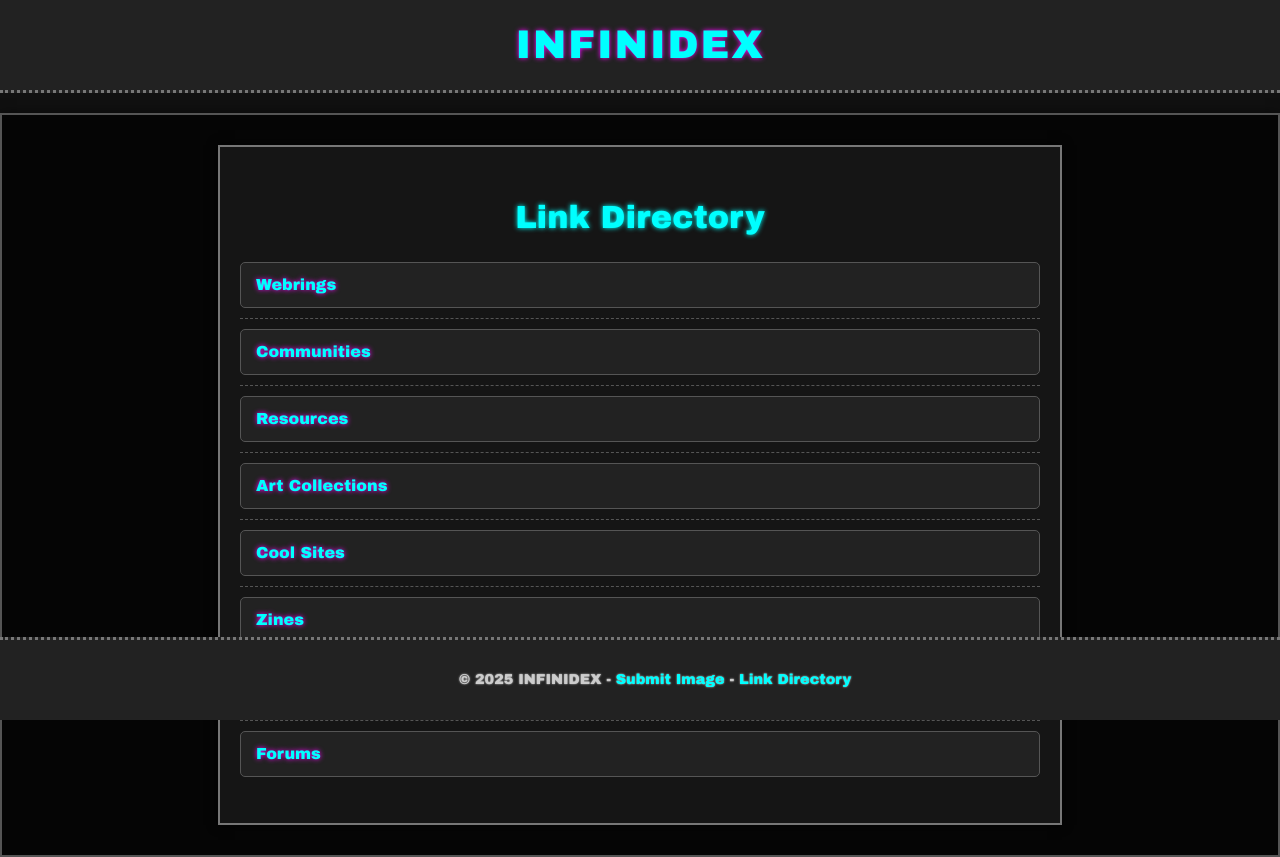
Repository: numbpill3d/obscuraweb
Page: links.html
An editor plug-in stored every save of this project. The page is shown before and after the next save, followed by the edit.
The browser window is 1280 px wide. The pictures show the whole page.

Above is the page before, as saved 2025-04-05 04:29:45.

### links.html
<!DOCTYPE html>
<html lang="en">
<head>
    <meta charset="UTF-8">
    <meta name="viewport" content="width=device-width, initial-scale=1.0">
    <title>INFINIDEX - Link Directory</title>
    <link rel="stylesheet" href="style.css">
    <style>
        body {
            font-family: 'Arial Black', monospace;
        }
        main {
            background-color: #050505;
            box-shadow: 0 0 10px rgba(0,0,0,0.5);
            border: 2px solid #555;
        }
    </style>
</head>
<body id="links-page">
    <header>
        <h1><a href="/">INFINIDEX</a></h1>
    </header>

    <main>
        <section id="link-directory">
            <h2>Link Directory</h2>
            <ul>
                <li><a href="#">Webrings</a></li>
                <li><a href="#">Communities</a></li>
                <li><a href="#">Resources</a></li>
                <li><a href="#">Art Collections</a></li>
                <li><a href="#">Cool Sites</a></li>
                <li><a href="#">Zines</a></li>
                <li><a href="#">Blogs</a></li>
                <li><a href="#">Forums</a></li>
            </ul>
        </section>
    </main>

    <footer>
        <p>&copy; 2025 INFINIDEX - <a href="/submit">Submit Image</a> - <a href="/links.html">Link Directory</a></p>
    </footer>
</body>
</html>

### style.css
body {
    font-family: 'Arial Black', monospace; /* More impactful font */
    margin: 0;
    padding: 0;
    background-color: #101010; /* Deeper dark background */
    color: #f0f; /* Vibrant pink text */
    line-height: 1.5;
    text-shadow: 0 0 5px #f0f; /* Neon text shadow */
}

a {
    color: #0ff; /* Cyan links */
    text-decoration: none;
    transition: color 0.3s ease;
}

a:hover {
    color: #ff0; /* Yellow hover color */
    text-decoration: underline;
}

header {
    background-color: #222; /* Darker header background */
    padding: 15px 20px;
    text-align: center;
    border-bottom: 3px dotted #777; /* Dotted border */
    margin-bottom: 20px;
}

header h1 {
    margin: 0;
    font-size: 2.5em;
    letter-spacing: 2px;
}

main {
    display: flex;
    padding: 20px;
    justify-content: center;
    background-color: #050505; /* Slightly lighter main background */
    box-shadow: 0 0 10px rgba(0,0,0,0.5); /* Subtle shadow */
    border: 2px solid #555; /* Add border to main content */
}

#image-feed {
    flex: 3;
    display: grid;
    grid-template-columns: repeat(auto-fill, minmax(180px, 1fr)); /* Slightly larger images */
    gap: 20px;
    padding-right: 25px;
    border-right: 3px dotted #777; /* Dotted border */
}

.image-item {
    position: relative;
    overflow: hidden;
    border: 2px solid #777; /* Thicker border */
    box-shadow: 3px 3px 5px rgba(0,0,0,0.7); /* Stronger shadow */
    transition: transform 0.3s ease;
}

.image-item:hover {
    transform: scale(1.05); /* Slight scale on hover */
}

.image-item img {
    width: 100%;
    height: auto;
    display: block;
}

.image-item .tags {
    position: absolute;
    bottom: 0;
    left: 0;
    width: 100%;
    background-color: rgba(0, 0, 0, 0.9); /* More opaque black */
    color: #0f0; /* Neon green tags */
    padding: 8px;
    text-align: center;
    opacity: 0;
    transition: opacity 0.3s ease;
    font-size: 0.9em;
    letter-spacing: 1px;
}

.image-item:hover .tags {
    opacity: 1;
}

#widget-container {
    flex: 1.5; /* Slightly wider widget area */
    padding-left: 25px;
    text-align: center;
}

#widget-container h2 {
    color: #f0f; /* Pink widget heading */
    font-size: 1.8em;
    margin-bottom: 10px;
    text-shadow: 0 0 3px #f0f;
}

#widget-strip {
    display: flex;
    overflow-x: auto;
    border: 2px solid #777; /* Thicker border */
    padding: 12px;
    background-color: #222; /* Darker widget background */
    box-shadow: inset 0 0 5px rgba(0,0,0,0.8); /* Inset shadow for depth */
}

.widget-image {
    width: 90px; /* Slightly larger widget images */
    height: 90px;
    margin: 0 8px;
    cursor: pointer;
    border: 2px solid #777; /* Thicker border */
    box-shadow: 2px 2px 3px rgba(0,0,0,0.7); /* Shadow for widget images */
    transition: transform 0.2s ease;
}

.widget-image:hover {
    transform: scale(1.1); /* Scale on widget image hover */
}

footer {
    text-align: center;
    padding: 15px;
    background-color: #222; /* Darker footer */
    border-top: 3px dotted #777; /* Dotted border */
    position: fixed;
    bottom: 0;
    width: 100%;
    font-size: 0.9em;
    color: #ccc; /* Lighter gray footer text */
    text-shadow: 0 0 2px #ccc; /* Footer text shadow */
}

/* Style for links page */
#links-page main {
    display: block; /* Override flex for links page */
    padding: 30px;
}

#links-page #link-directory {
    max-width: 800px;
    margin: 0 auto;
    padding: 20px;
    background-color: #151515; /* Darker background for link directory */
    border: 2px solid #777;
    box-shadow: 0 0 10px rgba(0,0,0,0.8);
}

#links-page #link-directory h2 {
    color: #0ff; /* Cyan heading for link directory */
    font-size: 2em;
    text-align: center;
    margin-bottom: 20px;
    text-shadow: 0 0 5px #0ff;
}

#links-page #link-directory ul {
    list-style-type: none;
    padding: 0;
}

#links-page #link-directory li {
    margin-bottom: 10px;
    padding-bottom: 10px;
    border-bottom: 1px dashed #555; /* Dashed line between links */
}

#links-page #link-directory li:last-child {
    border-bottom: none;
}

#links-page #link-directory li a {
    display: block;
    padding: 10px 15px;
    background-color: #222; /* Dark link background */
    border: 1px solid #555;
    border-radius: 5px;
    transition: background-color 0.3s ease, color 0.3s ease;
}

#links-page #link-directory li a:hover {
    background-color: #333; /* Darker hover background */
    color: #ff0; /* Yellow hover text */
}

After the next save:
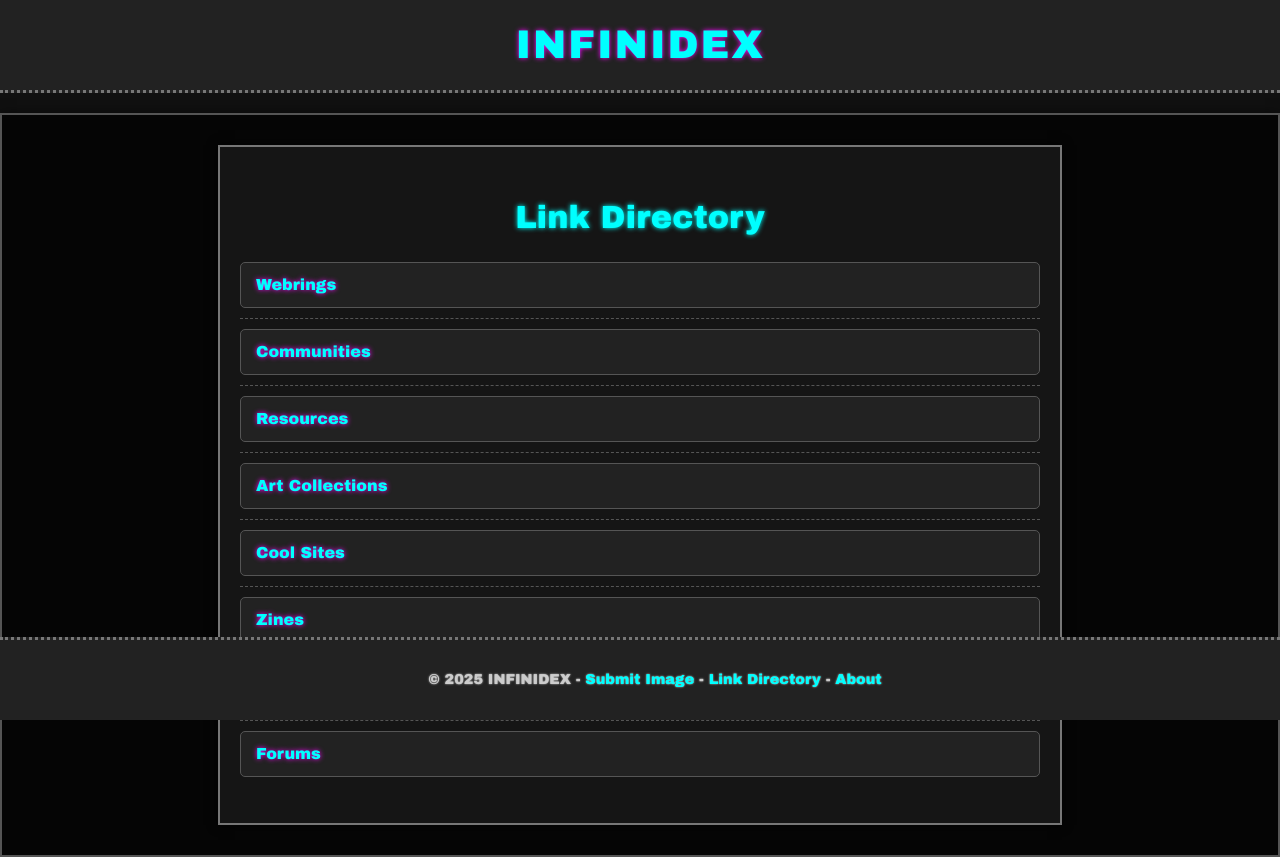
Saved 15 s later.
--- a/links.html
+++ b/links.html
@@ -38,7 +38,7 @@
     </main>
 
     <footer>
-        <p>&copy; 2025 INFINIDEX - <a href="/submit">Submit Image</a> - <a href="/links.html">Link Directory</a></p>
+        <p>&copy; 2025 INFINIDEX - <a href="/submit">Submit Image</a> - <a href="links.html">Link Directory</a> - <a href="about.html">About</a></p>
     </footer>
 </body>
 </html>
